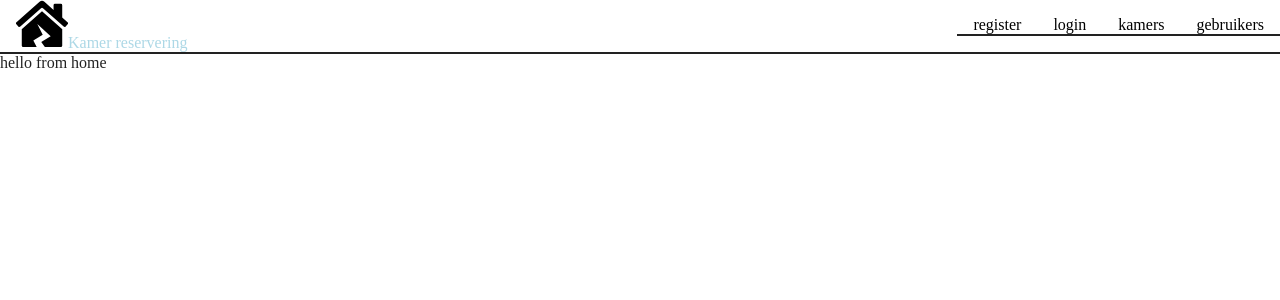
Repository: jomarderrie/kamerreserveringfrontend
Page: /
The author's editor kept a copy of each file at every save. The page is drawn from the files as they stood at one save, then again after the next save.
The browser window is 1280 px wide. The pictures show the whole page.
The project was rebuilt for these pictures with package versions that can differ from the ones it lists, and the page was loaded fresh each time. Also part of the build but not shown: src/components/Loading.js, src/styled/globals/AuthBoxContainer.js, src/functions/auth.js, src/components/auth/SignUpForm.js, src/pages/auth/Register.js, src/functions/kamers.js, src/components/kamer/KamerCard.js, src/pages/kamer/Kamers.js and 7 more.

Above is the page before, as saved 2021-10-28 13:01:06.

After the next save:
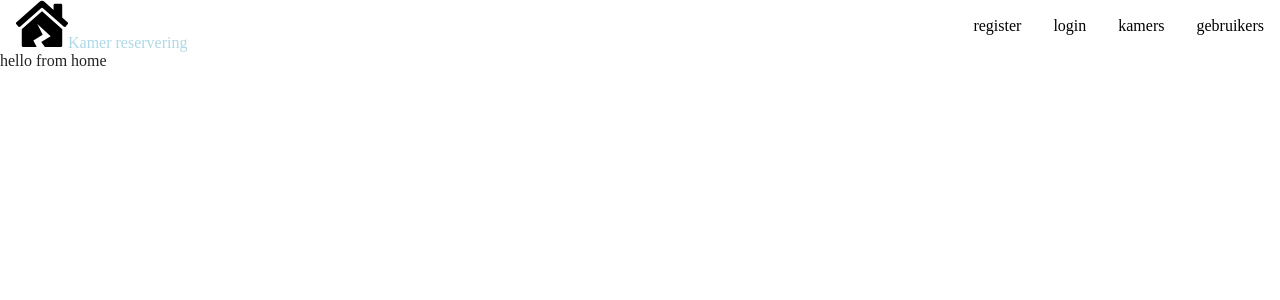
Saved 23 s later.
--- a/src/styled/globals/StyledFlexBoxContainer.js
+++ b/src/styled/globals/StyledFlexBoxContainer.js
@@ -8,9 +8,10 @@ export const LinkFlexBoxContainer = ({className, children, x}) => {
     )
 }
 export const StyledFlexBoxContainer = styled(FlexBox)`
-
+.link-box-container{
+    padding-top:5px;
         border-bottom-color: rgba(140, 130, 115, 0.12);
      border-bottom: 2px solid;
+}
 
-       }
-    `
+`
